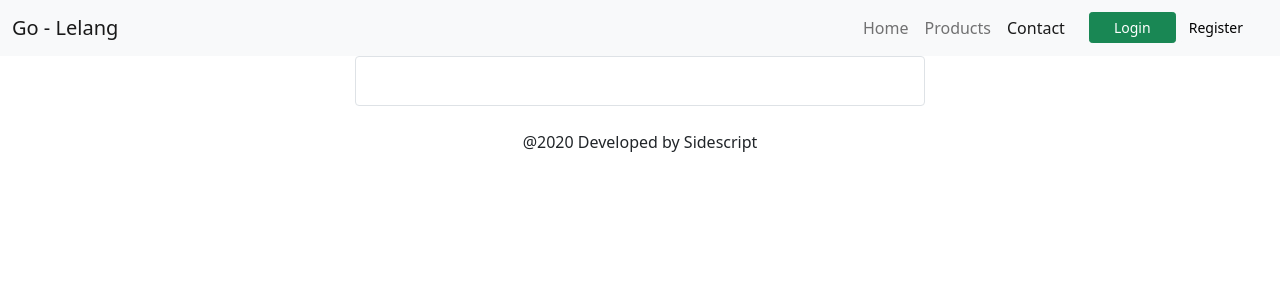
Repository: khulqu15/Go---Lelalng
Page: http://localhost/contact
The author's editor kept a copy of each file at every save. The page is drawn from the files as they stood at one save, then again after the next save.
The browser window is 1280 px wide. The pictures show the whole page.
The page is served by the project's Laravel application, run on PHP 8.4 with Laravel 8.

Above is the page before, as saved 2021-02-22 12:27:18.

After the next save:
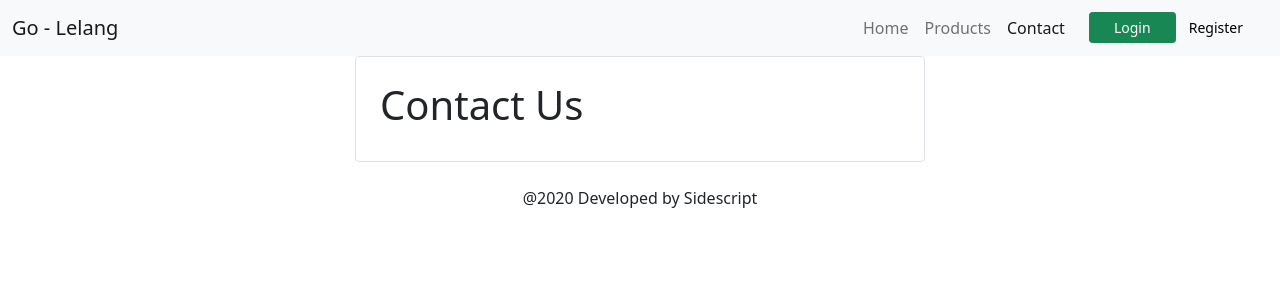
Saved 23 s later.
--- a/resources/views/page/contact.blade.php
+++ b/resources/views/page/contact.blade.php
@@ -6,7 +6,9 @@
     <div class="container">
         <div class="row">
             <div class="col-md-6 offset-md-3 rounded border p-4">
-                <div></div>
+                <div>
+                    <h1 class="font-weight-bold">Contact Us</h1>
+                </div>
             </div>
         </div>
     </div>
